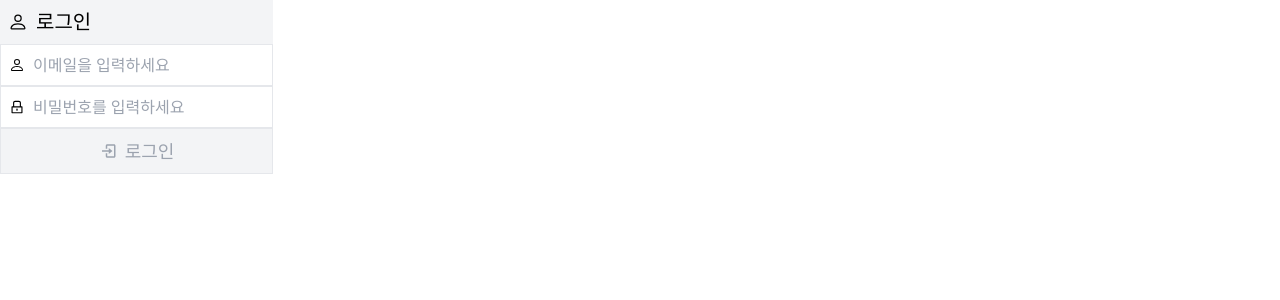
Repository: wanted-pre-onboarding-4/pre-onboarding-assignment-week-4-1-team-4
Page: /login (app in client/)
An editor plug-in stored every save of this project. The page is shown before and after the next save, followed by the edit.
The browser window is 1280 px wide. The pictures show the whole page.
The project was rebuilt for these pictures with package versions that can differ from the ones it lists, and the page was loaded fresh each time. Also part of the build but not shown: client/src/components/Footer.jsx, client/src/components/Header.jsx, client/src/components/Sider.jsx, client/src/components/Layout.jsx.

Above is the page before, as saved 2022-09-20 21:13:29.

After the next save:
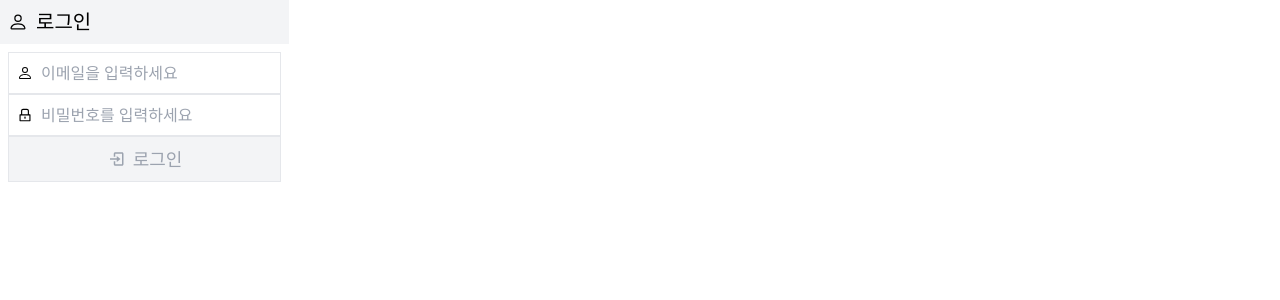
Saved 2 min 19 s later.
--- a/client/src/pages/login/Login.jsx
+++ b/client/src/pages/login/Login.jsx
@@ -1,26 +1,34 @@
 import React from 'react';
 import { BsPerson } from 'react-icons/bs';
-import {AiOutlineLock} from "react-icons/ai"
-import {BiLogIn} from "react-icons/bi"
+import { AiOutlineLock } from 'react-icons/ai';
+import { BiLogIn } from 'react-icons/bi';
 
 const Login = () => {
   return (
     <div>
-      <div className='flex items-center justify-start space-x-2 p-2 font-medium text-xl bg-gray-100'>
-        <BsPerson />
-        <h1  >로그인</h1>
+      <div className=''>
+        <div className="flex items-center justify-start space-x-2 p-2 font-medium text-xl bg-gray-100">
+          <BsPerson />
+          <h1>로그인</h1>
+        </div>
+        <form className='p-2'>
+          <label className="flex items-center space-x-2 border-solid border-[1px] p-2">
+            <BsPerson />
+            <input type="email" placeholder="이메일을 입력하세요" />
+          </label>
+          <label className="flex items-center space-x-2 border-solid border-[1px] p-2">
+            <AiOutlineLock />
+            <input type="password" placeholder="비밀번호를 입력하세요" />
+          </label>
+          <button
+            className="flex items-center justify-center space-x-2 w-full text-lg border-solid border-[1px] p-2 disabled:text-gray-400 disabled:bg-gray-100"
+            disabled={true}
+          >
+            <BiLogIn />
+            <span>로그인</span>
+          </button>
+        </form>
       </div>
-      <form>
-        <label className='flex items-center space-x-2 border-solid border-[1px] p-2'>
-          <BsPerson />
-          <input type="email" placeholder="이메일을 입력하세요" />
-        </label>
-        <label className='flex items-center space-x-2 border-solid border-[1px] p-2'>
-          <AiOutlineLock />
-          <input type="password" placeholder="비밀번호를 입력하세요" />
-        </label>
-        <button className='flex items-center justify-center space-x-2 w-full text-lg border-solid border-[1px] p-2 disabled:text-gray-400 disabled:bg-gray-100' disabled={true}><BiLogIn/><span>로그인</span></button>
-      </form>
     </div>
   );
 };
